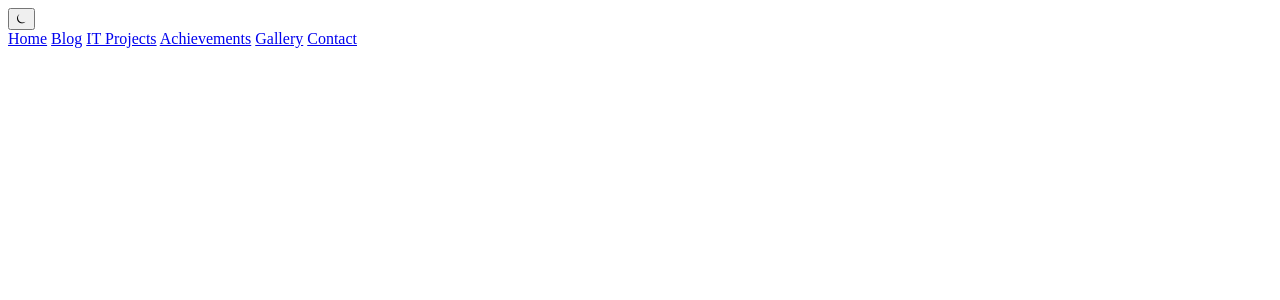
Repository: JMauve2233248/JiajyStudio
Page: partials/nav.html
These files come from the project's save history. The page is drawn as it stood at one moment and after the next save; the edit follows.
The browser window is 1280 px wide. The pictures show the whole page.

Above is the page before, as saved 2026-03-04 23:14:55.

After the next save:
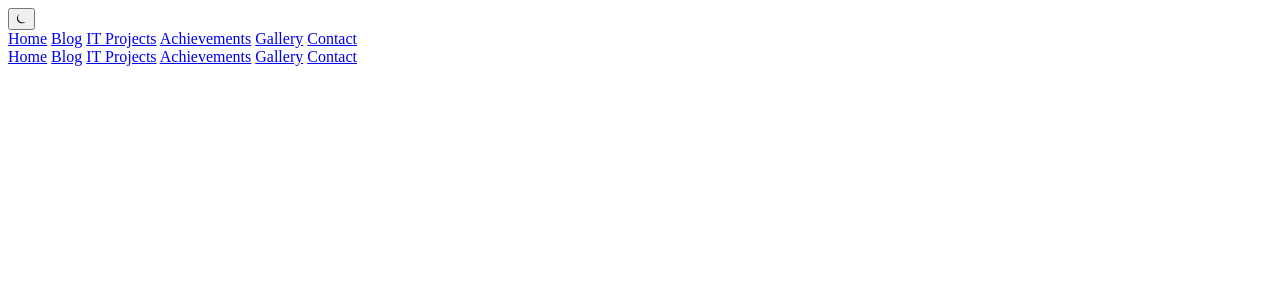
Saved 28 s later.
--- a/partials/nav.html
+++ b/partials/nav.html
@@ -14,3 +14,14 @@
         <a href="Contact.html">Contact</a>
     </nav>
 </div>
+
+<!--Nav tabs-->
+        <div id="tabMarker"></div>
+        <nav class="tabs">
+            <a class="tab" href="Home.html">Home</a>
+            <a class="tab" href="Blog.html">Blog</a>
+            <a class="tab active" href="ITprojects.html">IT Projects</a>
+            <a class="tab" href="Achievement.html">Achievements</a>
+            <a class="tab" href="Gallery.html">Gallery</a>
+            <a class="tab" href="Contact.html">Contact</a>
+        </nav>
